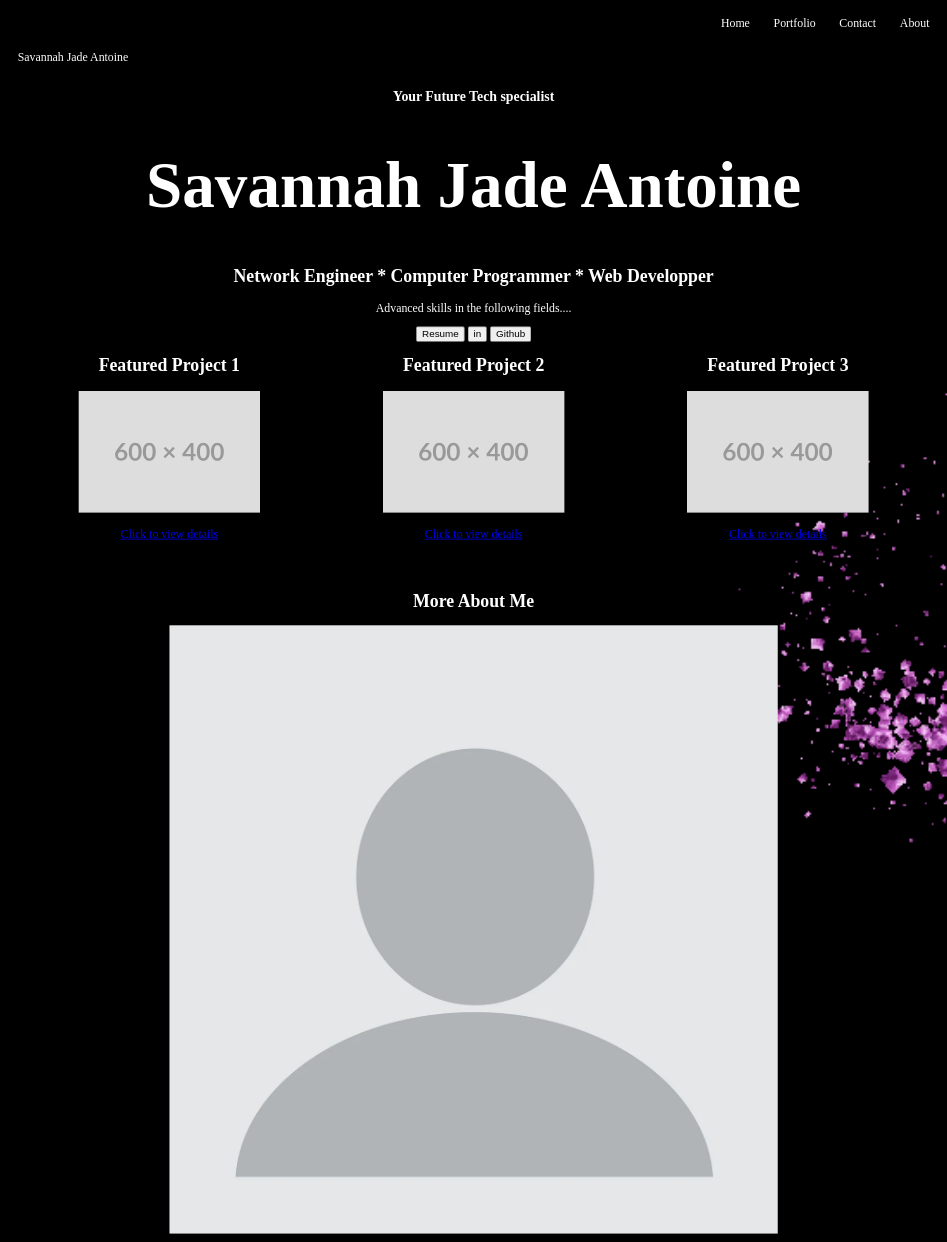
Repository: Savannah-Antoine/Savannah-Antoine
Page: index.html
The author's editor kept a copy of each file at every save. The page is drawn from the files as they stood at one save, then again after the next save.
The browser window is 1280 px wide. The pictures show the whole page, at 74% of full size.

Above is the page before, as saved 2026-05-15 11:05:21.

After the next save:
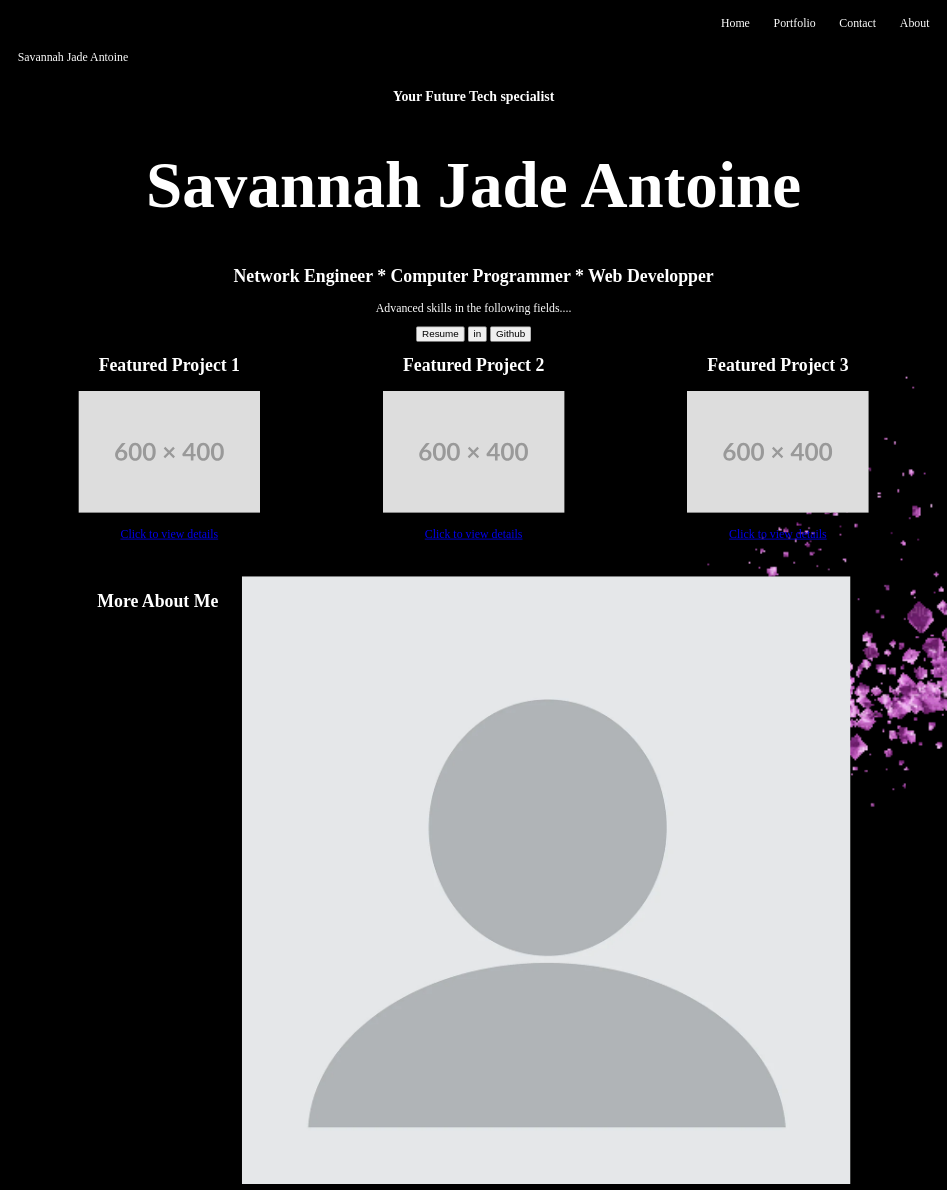
Saved 49 min 32 s later.
--- a/index.html
+++ b/index.html
@@ -48,13 +48,12 @@
 <img src = "./assets/images/placeholder1.svg" alt = "Third Portfolio placeholder image" />
 <p><a href = "./pages/project-name-3.html">Click to view details</a></p>
 </section>
-</div>
-</section>
-<div>
+
+
 <h2>More About Me</h2>
 <img src = "./assets/images/profilepic.png" alt = "profile picture" />
 
-</div>
+
 
 </main>
 

After the 3 saves that followed:
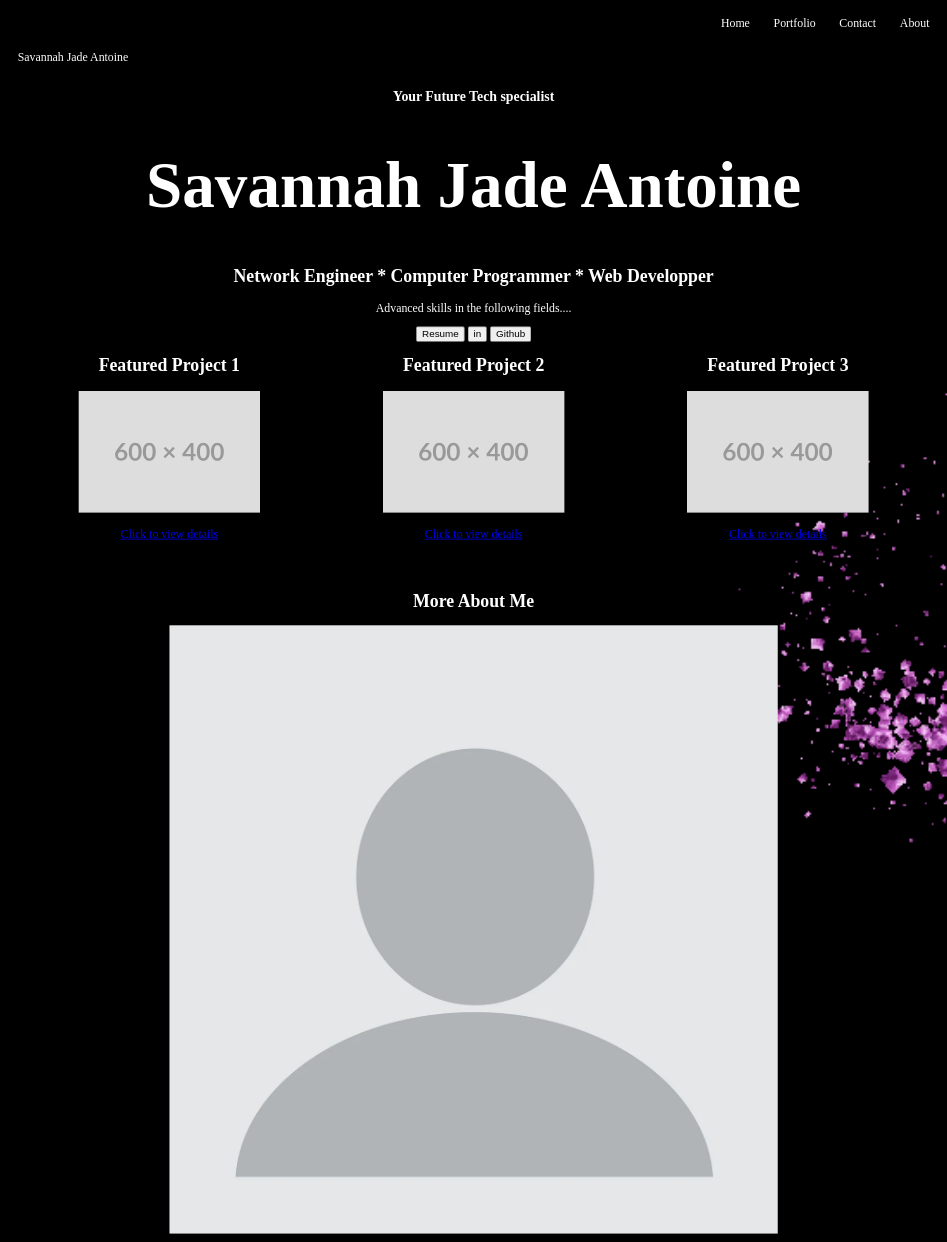
The 3 saves are shown as one change because 2 left the picture as it was.
The last was saved 9 min 35 s later.
--- a/index.html
+++ b/index.html
@@ -17,15 +17,15 @@
   <li><a href="about.asp">About</a></li>
 </ul>
         <ul class = "homeButton">
-           <li><a   href = "index.html">Savannah Jade Antoine</a></li>
+           <li><a href = "index.html">Savannah Jade Antoine</a></li>
         </ul>
 </nav>
 <h3>Your Future Tech specialist</h3>
 <h1> Savannah Jade Antoine</h1>
 <h2>Network Engineer * Computer Programmer * Web Developper</h2>
 <p> Advanced skills in the following fields....</p>
-<button>Resume</button>
-<button>in</button>
+<a href = "Savannah Jade Resume (1).pdf"><button>Resume</button></a>
+<a href = "https://www.linkedin.com/in/savannah-antoine-ab0756390/"><button>in</button></a>
 <button>Github</button>
 
 </header>
@@ -49,10 +49,10 @@
 <p><a href = "./pages/project-name-3.html">Click to view details</a></p>
 </section>
 
-
+<div>
 <h2>More About Me</h2>
 <img src = "./assets/images/profilepic.png" alt = "profile picture" />
-
+</div>
 
 
 </main>
